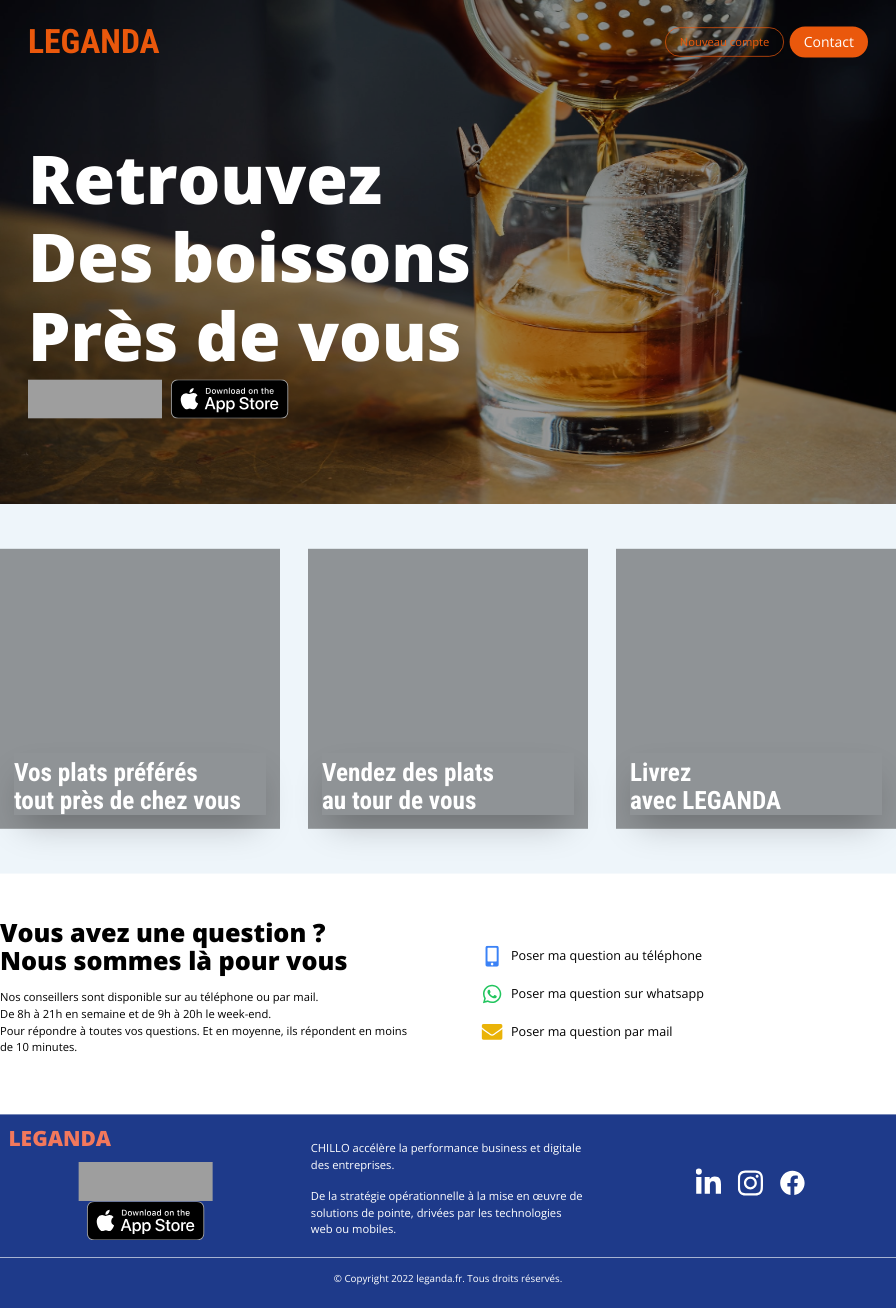
Repository: chillo-tech/website-leganda
Page: /
The author's editor kept a copy of each file at every save. The page is drawn from the files as they stood at one save, then again after the next save.
The browser window is 1280 px wide. The pictures show the whole page, at 70% of full size.
Pictures or frames that could not be fetched are drawn as grey boxes. The project was rebuilt for these pictures with package versions that can differ from the ones it lists, and the page was loaded fresh each time. Some packages were replaced by stand-ins written for this rebuild. The framework's server and built-in components were replaced by stand-ins that run in the browser. Also part of the build but not shown: next.config.js, components/header/items/SearchBar.tsx.

Above is the page before, as saved 2023-02-09 08:36:23.

After the next save:
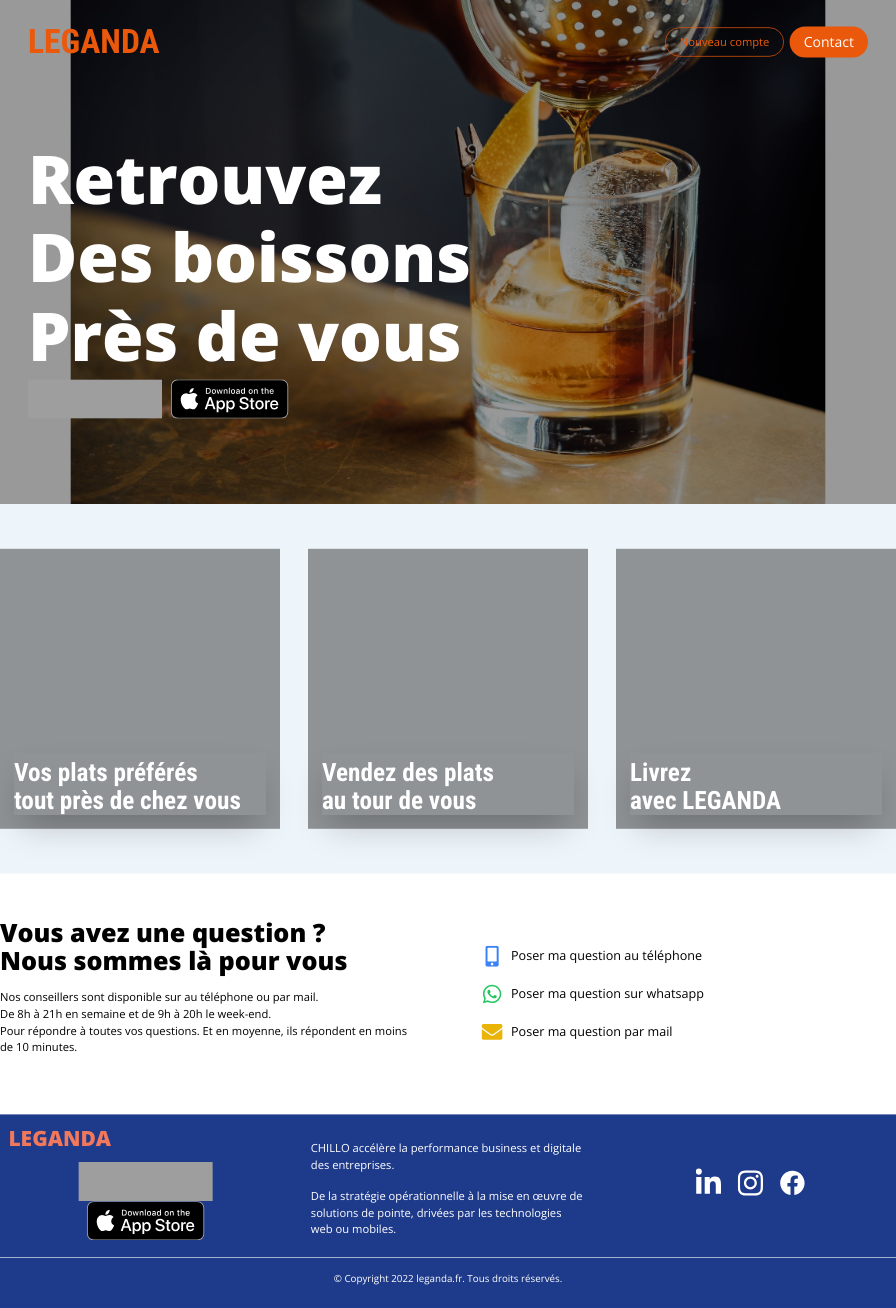
Saved 41 s later.
--- a/pages/index.tsx
+++ b/pages/index.tsx
@@ -44,6 +44,7 @@
               unoptimized={true}
               priority={true}
               fill={true}
+              className="object-contain"
 
 
             />
